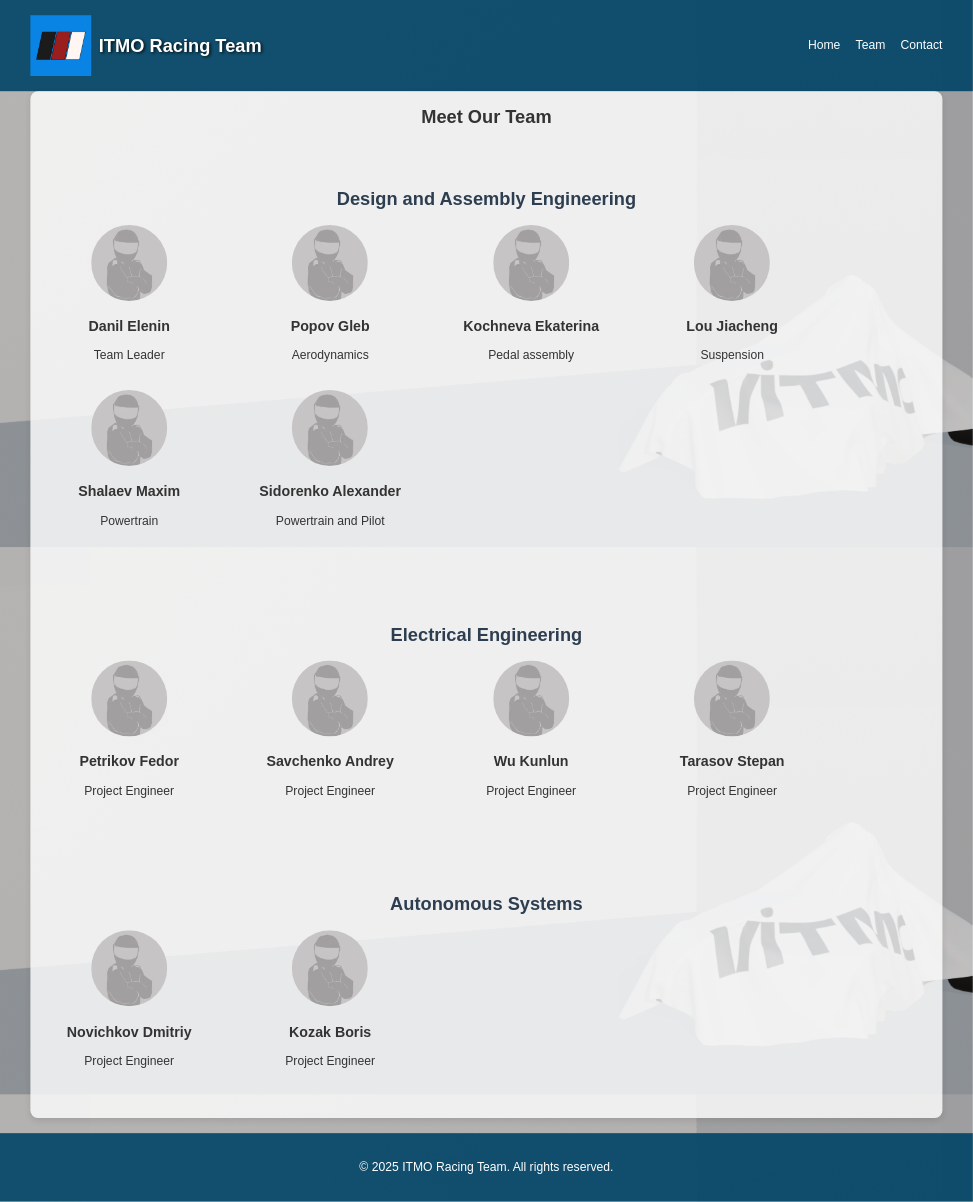
Repository: fs-itmo/fs-itmo.github.io
Page: team.html
These files come from the project's save history. The page is drawn as it stood at one moment and after the next save; the edit follows.
The browser window is 1280 px wide. The pictures show the whole page, at 76% of full size.
Backgrounds fixed to the window are drawn as part of the page.

Above is the page before, as saved 2024-12-30 16:10:37.

### team.html
<!DOCTYPE html>
<html lang="en">
<head>
    <meta charset="UTF-8">
    <meta name="viewport" content="width=device-width, initial-scale=1.0">
    <title>Team - Autonomous Systems</title>
    <link rel="stylesheet" href="css/style.css">
</head>
<body>
    <header>
        <div class="container">
            <div class="logo-caption-container">
                <img src="assets/images/logo.png" alt="Logo" class="logo">
                <div class="top-caption">
                    ITMO Racing Team
                </div>
            </div>
            <nav>
                <ul>
                    <li><a href="index.html">Home</a></li>
                    <li><a href="team.html" class="active">Team</a></li>
                    <li><a href="#contact">Contact</a></li>
                </ul>
            </nav>
        </div>
    </header>

    <section class="team-section">
        <h1>Meet Our Team</h1>

        <!-- Development Department -->
        <div class="team-department">
            <h2>Design and Assembly Engineering</h2>
            <!-- <p>The backbone of our organization, responsible for designing and implementing cutting-edge software solutions.</p> -->
            <div class="team-member">
                <img src="assets/images/noname_pilot.png" alt="Danil Elenin">
                <h3>Danil Elenin</h3>
                <p>Team Leader</p>
            </div>
            <div class="team-member">
                <img src="assets/images/noname_pilot.png" alt="Popov Gleb">
                <h3>Popov Gleb</h3>
                <p>Aerodynamics</p>
            </div>
            <div class="team-member">
                <img src="assets/images/noname_pilot.png" alt="Kochneva Ekaterina">
                <h3>Kochneva Ekaterina</h3>
                <p>Pedal assembly</p>
            </div>
            <div class="team-member">
                <img src="assets/images/noname_pilot.png" alt="Lou Jiacheng">
                <h3>Lou Jiacheng</h3>
                <p>Suspension</p>
            </div>
            <div class="team-member">
                <img src="assets/images/noname_pilot.png" alt="Shalaev Maxim">
                <h3>Shalaev Maxim</h3>
                <p>Powertrain</p>
            </div>
            <div class="team-member">
              <img src="assets/images/noname_pilot.png" alt="Sidorenko Alexander">
              <h3>Sidorenko Alexander</h3>
              <p>Powertrain and Pilot</p>
          </div>
        </div>


        <!-- Development Department -->
        <div class="team-department">
          <h2>Electrical Engineering</h2>
          <!-- <p>The backbone of our organization, responsible for designing and implementing cutting-edge software solutions.</p> -->
          <div class="team-member">
              <img src="assets/images/noname_pilot.png" alt="Petrikov Fedor">
              <h3>Petrikov Fedor</h3>
              <p>Project Engineer</p>
          </div>
          <div class="team-member">
              <img src="assets/images/noname_pilot.png" alt="Savchenko Andrey">
              <h3>Savchenko Andrey</h3>
              <p>Project Engineer</p>
          </div>
          <div class="team-member">
              <img src="assets/images/noname_pilot.png" alt="Wu Kunlun">
              <h3>Wu Kunlun</h3>
              <p>Project Engineer</p>
          </div>
          <div class="team-member">
              <img src="assets/images/noname_pilot.png" alt="Tarasov Stepan">
              <h3>Tarasov Stepan</h3>
              <p>Project Engineer</p>
          </div>
        </div>


        <div class="team-department">
          <h2>Autonomous Systems</h2>
          <!-- <p>The backbone of our organization, responsible for designing and implementing cutting-edge software solutions.</p> -->
          <div class="team-member">
              <img src="assets/images/noname_pilot.png" alt="Novichkov Dmitriy">
              <h3>Novichkov Dmitriy</h3>
              <p>Project Engineer</p>
          </div>
          <div class="team-member">
              <img src="assets/images/noname_pilot.png" alt="Kozak Boris">
              <h3>Kozak Boris</h3>
              <p>Project Engineer</p>
          </div>
        </div>


        <!-- Add more departments here if needed -->
    </section>

    <footer>
        <p>&copy; 2025 ITMO Racing Team. All rights reserved.</p>
    </footer>
</body>
</html>

### css/style.css
html, body {
    height: 100%;
    margin: 0;
    padding: 0;
}

body {
    font-family: Arial, sans-serif;
    margin: 0;
    padding: 0;
    color: #333;
    background: url('assets/images/title.png') no-repeat center center fixed;
    background-size: cover;
}

header {
    background-color: rgba(0, 68, 102, 0.9);
    padding: 20px 0;
}

header .container {
    display: flex;
    justify-content: space-between;
    align-items: center;
    max-width: 1200px;
    margin: 0 auto;
    padding: 0 20px;
}

h1, h2 {
    text-align: center;
}

/* header .logo {
    max-height: 50px;
} */

header nav ul {
    list-style: none;
    display: flex;
    margin: 0;
    padding: 0;
}

header nav ul li {
    margin-left: 20px;
}

header nav ul li a {
    text-decoration: none;
    color: white;
    font-size: 16px;
}

section {
    padding: 0px 0px;
    max-width: 1200px;
    margin: 0 auto;
    background: rgba(255, 255, 255, 0.8);
    border-radius: 10px;
    box-shadow: 0 4px 8px rgba(0, 0, 0, 0.1);
}

/* section#home {
    background: rgba(244, 244, 244, 0.9);
    text-align: center;
    padding: 60px 20px;
    border-radius: 10px;
} */

section#home {
    background: url("../assets/images/title.png") no-repeat center center;
    background-size: contain;
    background-repeat: no-repeat;
    background-attachment: fixed;
    color: white;
    text-align: center;
    padding: 0px 0px;
    min-height: 100vh;
    width: 100vw;
}

header .logo {
    max-height: 80px;
}

.logo-caption-container {
    display: flex;
    align-items: center;
    gap: 10px;
}

header .top-caption {
    font-size: 24px;
    font-weight: bold;
    color: #ffffff;
    text-shadow: 2px 2px 4px rgba(0, 0, 0, 0.8);
}

footer {
    background-color: rgba(0, 68, 102, 0.9);
    color: white;
    text-align: center;
    padding: 20px 0;
    margin-top: 20px;
}

.team-section {
    display: flex;
    flex-direction: column;
    gap: 40px;
}
.team-department {
    margin-bottom: 40px;
}
.team-department h2 {
    color: #2c3e50;
    margin-bottom: 10px;
}


/* Team members layout */
.team-member {
    display: inline-block;
    width: 20%;
    text-align: center;
    margin: 10px;
}

.team-member img {
    width: 100px;
    height: 100px;
    border-radius: 50%;
    object-fit: cover;
}


/* автопилот
Новичков Дмитрий
Козак Борис
конструкторы
Попов Глеб
Кочнева Екатерина
Лоу Цзячэн
Шалаев Максим
Сидоренко Александр (пилот)
электротехника
Петриков Фёдор
Савченко Андрей
Ву Куньлунь
Тарасов Степан */

After the next save:
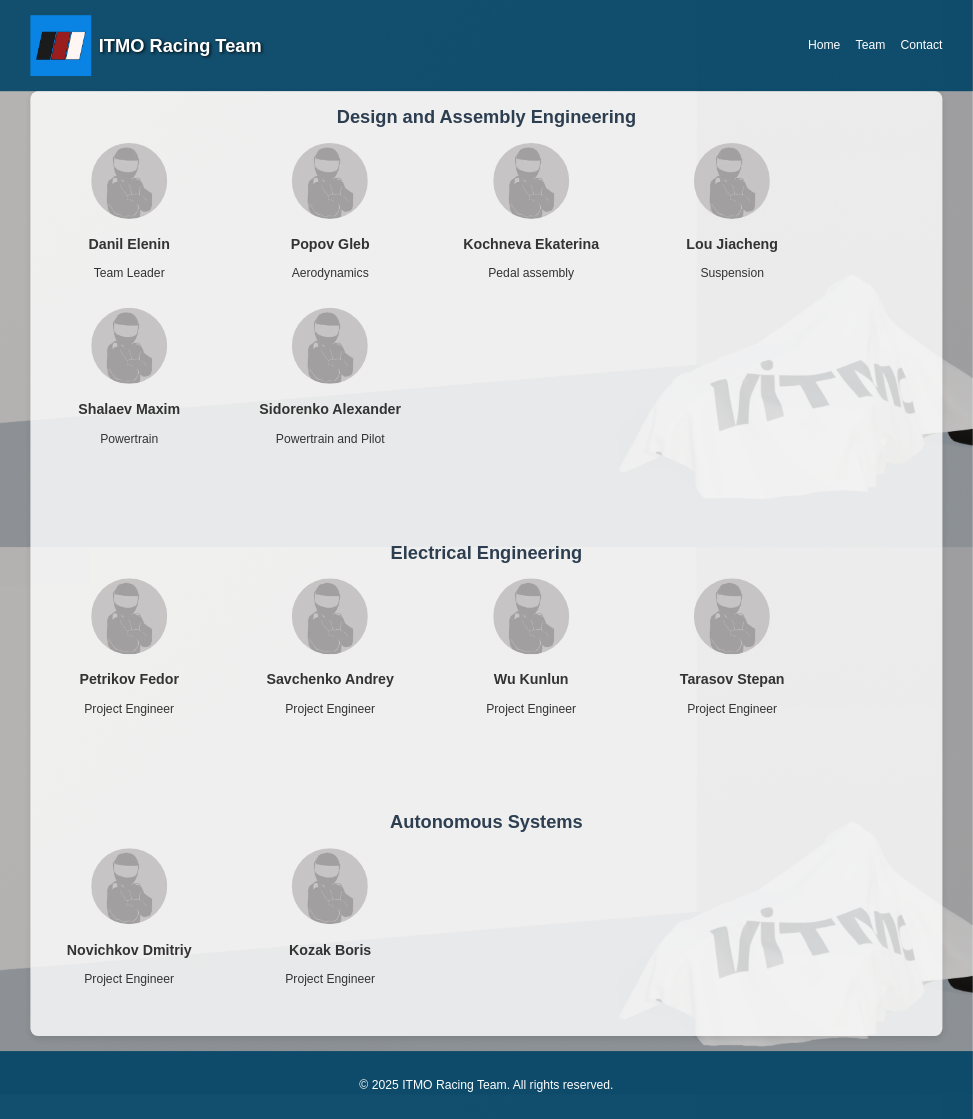
Saved 30 s later.
--- a/team.html
+++ b/team.html
@@ -26,7 +26,7 @@
     </header>
 
     <section class="team-section">
-        <h1>Meet Our Team</h1>
+        <!-- <h1>Meet Our Team</h1> -->
 
         <!-- Development Department -->
         <div class="team-department">
